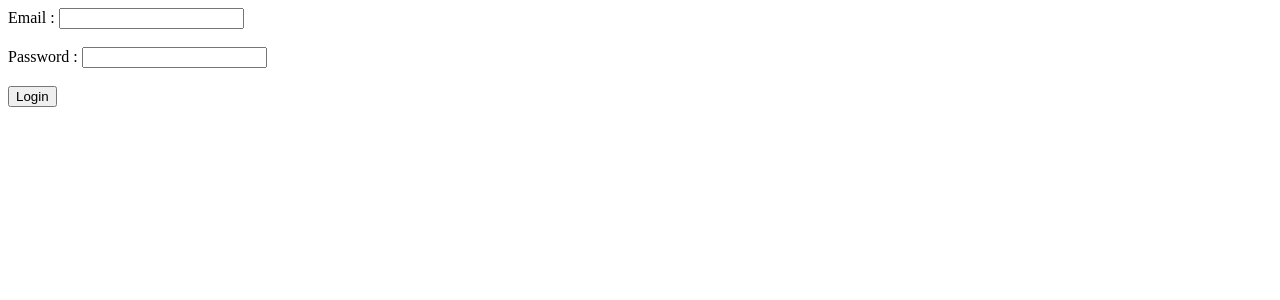
Repository: sunbeam-modular/IIT-08-B-Java
Page: http://localhost/demo02/
The author's editor kept a copy of each file at every save. The page is drawn from the files as they stood at one save, then again after the next save.
The browser window is 1280 px wide. The pictures show the whole page.
The page is served by Tomcat 9. Other server files are loaded and not shown.

Above is the page before, as saved 2025-12-25 08:58:30.

### Day09/codes/day4/demo02/src/main/webapp/index.jsp
<%@ page language="java" contentType="text/html; charset=UTF-8"
    pageEncoding="UTF-8"%>
<!DOCTYPE html>
<html>
<head>
<meta charset="UTF-8">
<title>Insert title here</title>
</head>
<body>
<form method = "post" action = "login.jsp">
Email : <input type = "text" name = "email"/><br/><br/>
Password : <input type = "password" name = "passwd"/><br/><br/>
<input type = "submit" value = "Login"/>
</form>
</body>
</html>

After the next save:
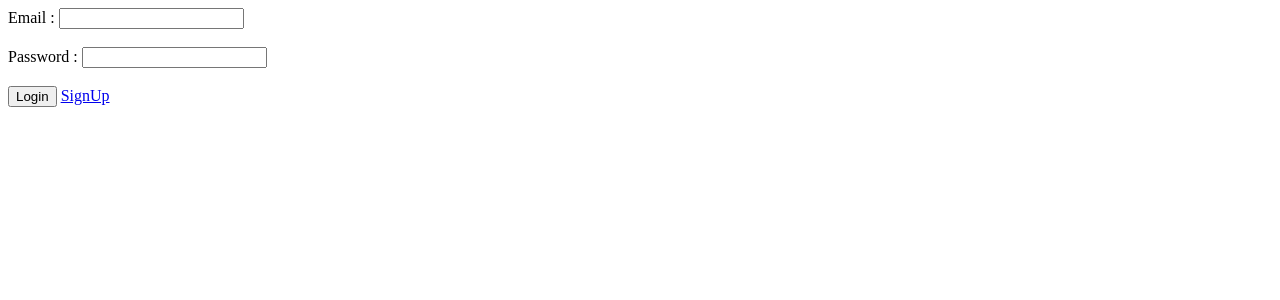
Saved 3 min 5 s later.
--- a/Day09/codes/day4/demo02/src/main/webapp/index.jsp
+++ b/Day09/codes/day4/demo02/src/main/webapp/index.jsp
@@ -11,6 +11,7 @@
 Email : <input type = "text" name = "email"/><br/><br/>
 Password : <input type = "password" name = "passwd"/><br/><br/>
 <input type = "submit" value = "Login"/>
+<a href = "newuser.jsp">SignUp</a>
 </form>
 </body>
 </html>
